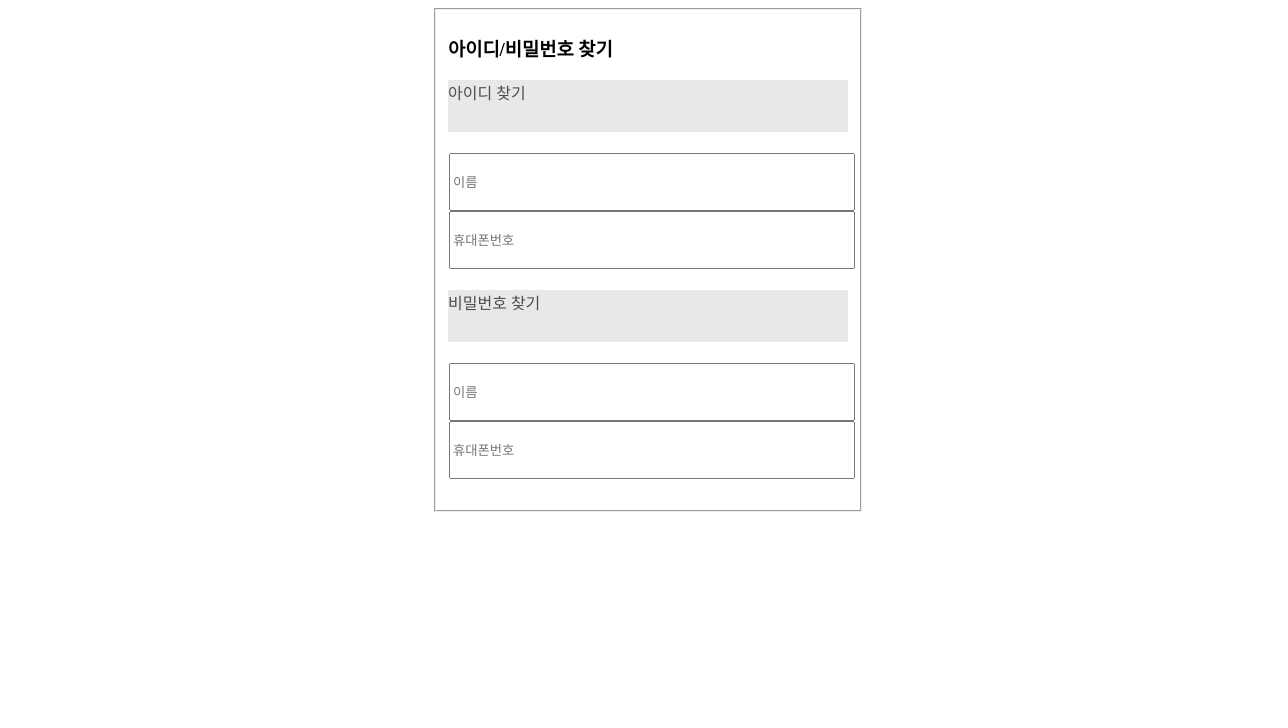
Repository: agheha/trillion
Page: YH/study_project/html/find.html
An editor plug-in stored every save of this project. The page is shown before and after a run of saves, followed by the edit.
The browser window is 1280 px wide. The page is 1288 px wide, so the pictures cover 1288 px, including what lies to the right of the window. The pictures show the whole page.

Above is the page before, as saved 2019-09-04 19:51:36.

### YH/study_project/html/find.html
<!DOCTYPE html>
<html lang="en">
<head>
    <meta charset="UTF-8">
    <meta name="viewport" content="width=device-width, initial-scale=1.0">
    <meta http-equiv="X-UA-Compatible" content="ie=edge">
    <title>Document</title>
    <link rel="stylesheet" href="./../css/find.css">
</head>
<body>
        <fieldset>
            <form action="">
                <h3>아이디/비밀번호 찾기</h3>
                    <div class="row"></div>
                    <div class="find">아이디 찾기</div>
                        <div class="inputbox">
                        <div>
                            <input class="form_find"type="text" id="name" placeholder="이름">
                        </div>
                        <div>
                            <input class="form_find"type="text" id="pass" placeholder="휴대폰번호">
                        </div>
                    </div>
                    <div class="find">비밀번호 찾기</div>
                    <div class="inputbox">
                        <div>
                            <input class="form_find"type="text" id="name" placeholder="이름">
                        </div>
                        <div>
                            <input class="form_find"type="text" id="pass" placeholder="휴대폰번호">
                        </div>
                    </div>
                    </div>
                <div class="row"></div>
            </form>
        </fieldset>
</body>
</html>

### YH/study_project/css/find.css
html,body {
    width: 100%;
    height: 100%;
}
fieldset {
    width : 400px;
    margin : 0 auto;
}

.form_find {
    /* width : 48%; */
    width: 100%;
    height: 52px;
}
.inputbox {
    margin-top: 20px;
    margin-bottom: 20px;
    background-color: #fff;
    border: 1px solid transparent;
    border-radius: 5px;
}
.find {
    color: #4d4d4d;
    background-color: #E8E8E8;
    border-color: #E6E6E6;
    height: 52px;
    lin
}

After the next 2 saves:
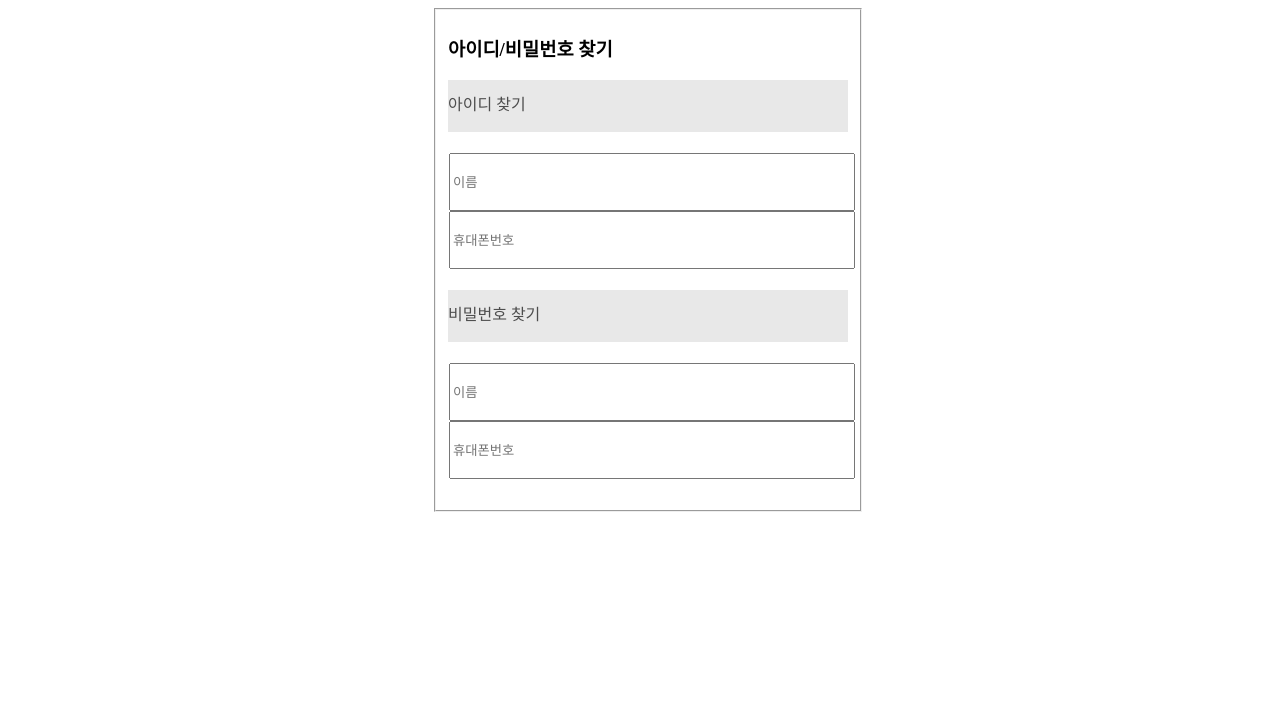
The 2 saves are shown as one change because they came seconds apart.
The last was saved 7 s later.
--- a/YH/study_project/css/find.css
+++ b/YH/study_project/css/find.css
@@ -24,5 +24,5 @@
     background-color: #E8E8E8;
     border-color: #E6E6E6;
     height: 52px;
-    lin
+    line-height: 50px;
 }
